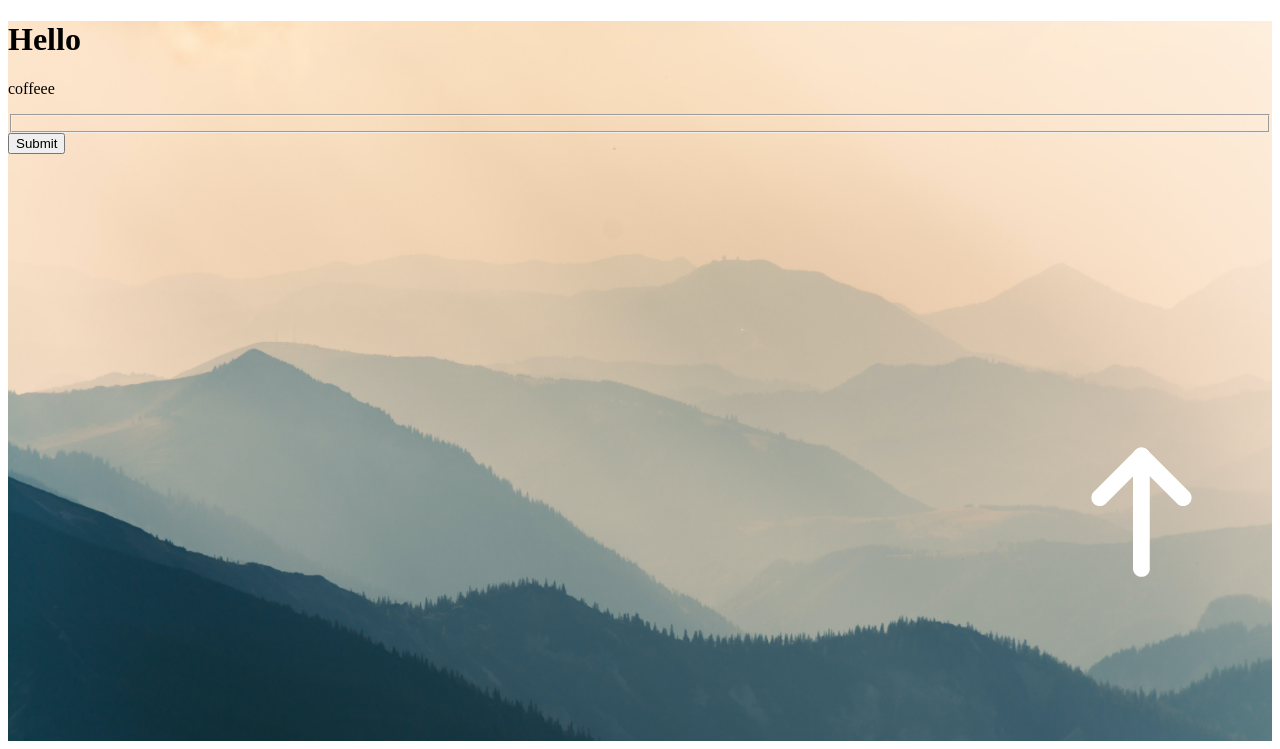
Repository: sierralaurent/MDIA2109-Assignment01
Page: /contact
The author's editor kept a copy of each file at every save. The page is drawn from the files as they stood at one save, then again after the next save.
The browser window is 1280 px wide. The pictures show the whole page.
The project was rebuilt for these pictures with package versions that can differ from the ones it lists, and the page was loaded fresh each time. The framework's server and built-in components were replaced by stand-ins that run in the browser. Also part of the build but not shown: next.config.js.

Above is the page before, as saved 2023-02-01 17:11:14.

### pages/contact.js
import Head from 'next/head'
import Image from 'next/image'
import { Inter } from '@next/font/google'
import styles from '@/styles/Home.module.css'
import Link from 'next/link'

export default function Contact() {
    return (
        <>
        <Head>
        <title>Contact Us</title>
        <meta name="author" content="MDIA 2109" />
        <meta property="og:title" content="Assignment #1 - Contact Us Page" />
        <meta property="og:description" content="BCIT Digital Design and Development Diploma" />
        <link rel="icon" href="/favicon.png" />
      </Head>
      <main className={styles.main}>
        <div>
        <h1>Hello</h1>
        <div>
            <p>coffeee</p>
            <form>
                <fieldset>
                <table>
                    <thead>
                        <tr></tr>
                    </thead>
                    <thead>
                        <tr></tr>
                    </thead>
                </table>
                </fieldset>
            </form>
            <button type="submit">Submit</button>
        </div>
        </div>
        <div className={styles.bottom}>
            <a href="/about">
              <span>
                <img
                src="icons/upwardArrow.png"
                />
              </span>
            </a>
          </div>
      </main>
        </>
    )
  }

### styles/Home.module.css
.carouselImage {
  height: 200px;
  background-repeat: no-repeat;
  background-size: cover;
  display: flex;
  justify-content: center;
  align-items: center;
  margin: 40px 0px;
}
.main {
  background-image: url('../public/background-images/backgroundMountain.jpg');
  background-size: cover;
  height: 100vh;
  position: relative;
}

.intro {
  position: absolute;

}

.buttons {
  position: absolute;
  bottom: 6rem;
  left: 1rem;

}
.butt {
  border: 3px solid white;
  border-radius: 8%;
  background-color: transparent;
  width: 10vw;
  height: 2.5vh;
  max-width: 15vw;
  max-height: 5vh;
  font-size: 1.25vh;

}

.butt:hover {
  background-color: white;
  color: black;
}

.h1 {
  font-size: 50px;
  padding: 2%;
}
.p {
  font-size: 22px;
  padding: 2%;
}

.middle {
  position: absolute;
  height: 40vh;
  width: 40vw;
  max-width: 40vw;
  max-height: 40vh;
  top: 30rem;
  left: 20rem;
}

.icon1 {
  width: 5vw;
  height: 5vh;
  float: left;
}

.icon2 {
  width: 5vw;
  height: 5vh;
  float: right;
}

.icon3 {
  width: 5vw;
  height: 5vh;
  float: right;
}

.bottom {
  position: absolute;
  bottom: 10rem;
  right: 5rem;
}

.nav {
  padding: 4%;
}

Loaded but not shown: pages/_document.js (common file); pages/api/hello.js (common file)

After the next save:
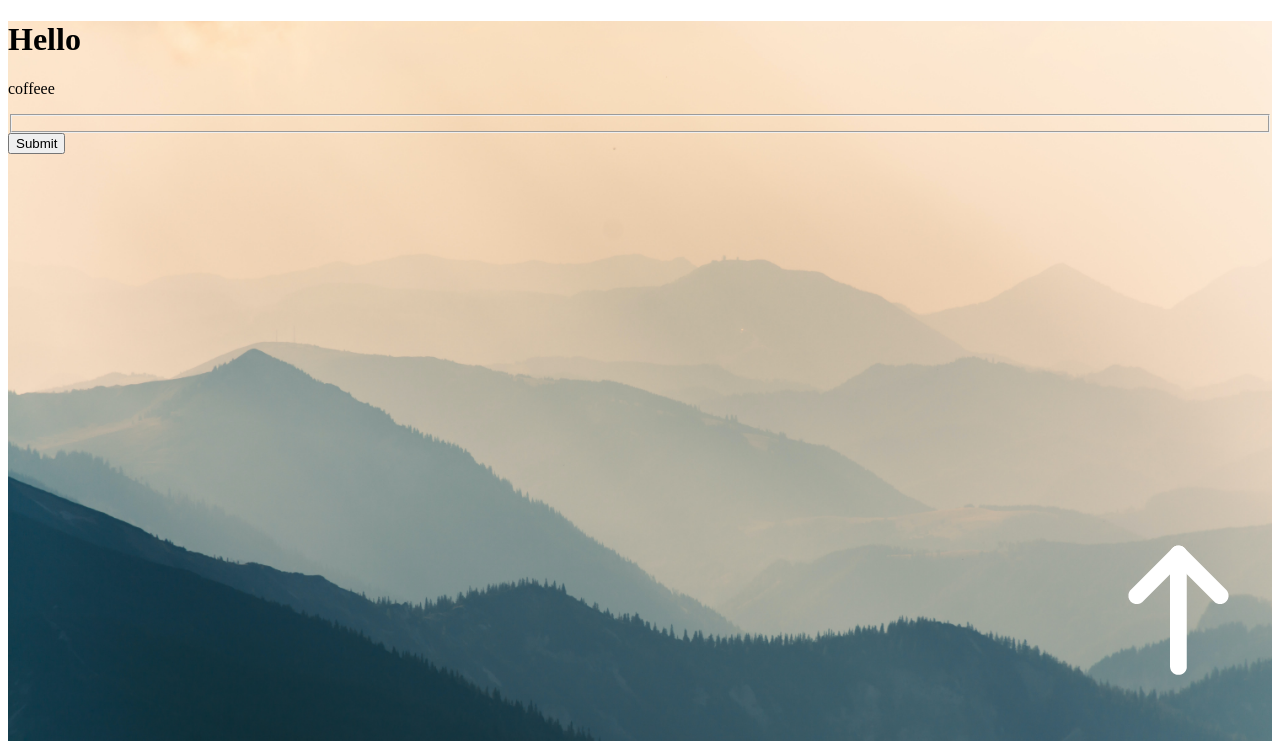
Saved 26 s later.
--- a/pages/contact.js
+++ b/pages/contact.js
@@ -36,7 +36,7 @@ export default function Contact() {
         </div>
         <div className={styles.bottom}>
             <a href="/about">
-              <span>
+              <span className={styles.icon3}>
                 <img
                 src="icons/upwardArrow.png"
                 />
